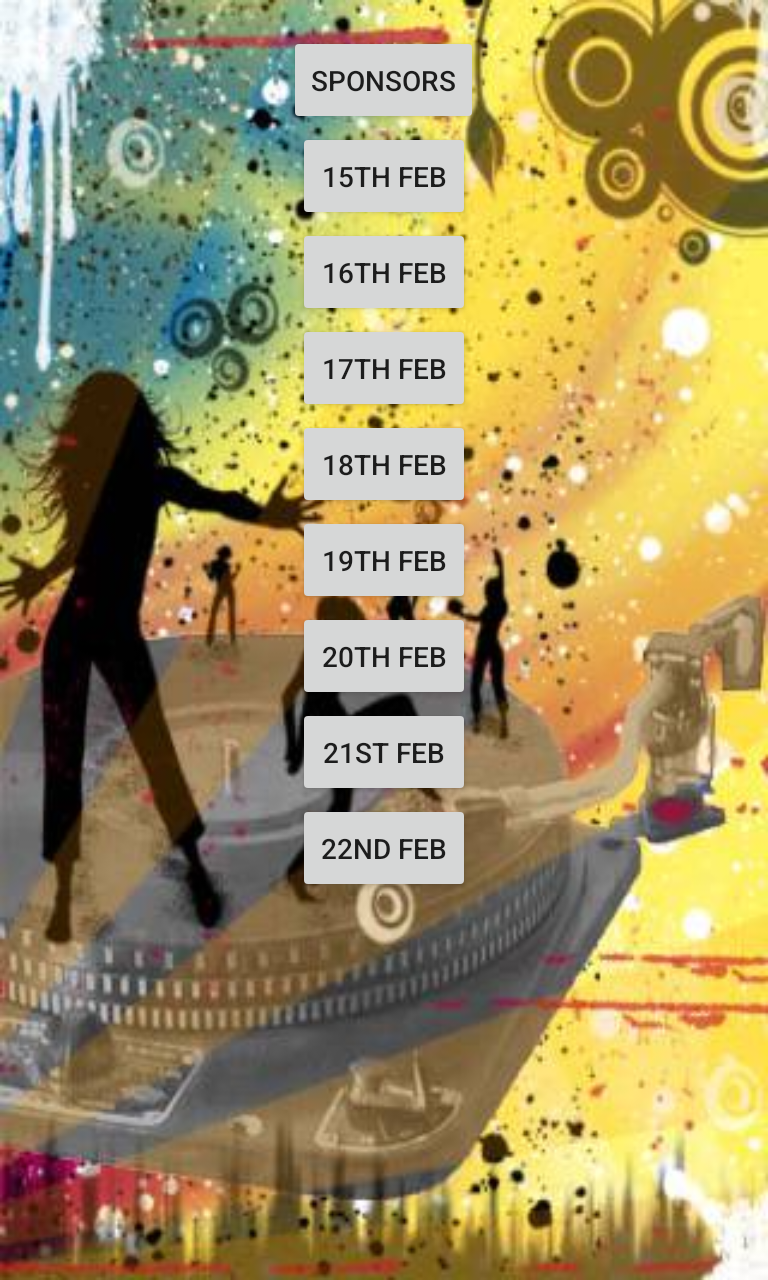
Repository: Attaphon1996/Engineering-Stuff
Layout: OSource/Android Play/Android_Projects/YASH15.0/res/layout/activity_main.xml
These files come from the project's save history. The layout is drawn as it stood at one moment and after the next save; the edit follows.
It is drawn on a 768 x 1280 px phone screen (xhdpi) without system bars, with theme AppTheme; the app's code is not run.

Above is the layout before, as saved 2015-02-19 04:53:30.

### OSource/Android Play/Android_Projects/YASH15.0/res/layout/activity_main.xml
<LinearLayout xmlns:android="http://schemas.android.com/apk/res/android"
    xmlns:tools="http://schemas.android.com/tools"
    android:layout_width="match_parent"
    android:layout_height="match_parent"
    android:paddingBottom="@dimen/activity_vertical_margin"
    android:paddingLeft="@dimen/activity_horizontal_margin"
    android:paddingRight="@dimen/activity_horizontal_margin"
    android:paddingTop="@dimen/activity_vertical_margin"
    tools:context="com.mundheyrohan.yash15.MainActivity"
    android:orientation="vertical"
    android:background="@drawable/mad"
    >

<LinearLayout
    android:layout_width="match_parent"
    android:layout_height="match_parent"
    android:orientation="vertical"

    >
    <Button
        android:id="@+id/sponsor"
        android:layout_width="wrap_content"
        android:layout_height="wrap_content"
        android:text="@string/sponsors"
        android:layout_gravity="center" />

    <Button
        android:id="@+id/day0"
        android:layout_width="wrap_content"
        android:layout_height="wrap_content"
        android:text="@string/day0"

        android:layout_gravity="center" />
    <Button
        android:id="@+id/day1"
        android:layout_width="wrap_content"
        android:layout_height="wrap_content"
        android:text="@string/day1"
        android:layout_gravity="center" />
    <Button
        android:id="@+id/day2"
        android:layout_width="wrap_content"
        android:layout_height="wrap_content"
        android:text="@string/day2"
        android:layout_gravity="center" />
    <Button
        android:id="@+id/day3"
        android:layout_width="wrap_content"
        android:layout_height="wrap_content"
        android:text="@string/day3"
        android:layout_gravity="center" />
    <Button
        android:id="@+id/day4"
        android:layout_width="wrap_content"
        android:layout_height="wrap_content"
        android:text="@string/day4"
        android:layout_gravity="center" />
    <Button
        android:id="@+id/day5"
        android:layout_width="wrap_content"
        android:layout_height="wrap_content"
        android:text="@string/day5"
        android:layout_gravity="center" />
    <Button
        android:id="@+id/day6"
        android:layout_width="wrap_content"
        android:layout_height="wrap_content"
        android:text="@string/day6"
        android:layout_gravity="center" />

    <Button
        android:id="@+id/day7"
        android:layout_width="wrap_content"
        android:layout_height="wrap_content"
        android:text="@string/day7"
        android:layout_gravity="center"/>

    </LinearLayout>

</LinearLayout>

### OSource/Android Play/Android_Projects/YASH15.0/res/values/strings.xml
<?xml version="1.0" encoding="utf-8"?>
<resources>

    <string name="app_name">YASH 15.0</string>
    <string name="hello_world">Hello world!</string>
    <string name="action_settings">Settings</string>
    <string name="day0">15th Feb</string>
    <string name="day1">16th Feb</string>
    <string name="day2">17th Feb</string>
    <string name="day3">18th Feb</string>
    <string name="day4">19th Feb</string>
    <string name="day5">20th Feb</string>
    <string name="day6">21st Feb</string>
    <string name="technical">Technical</string>
    <string name="cultural">Cultural</string>
    <string name="sports">Sports</string>
    <string name="doty">DOTY</string>
    <string name="tshirt">T-SHIRT PRINTING</string>
    <string name="internet">INTERNET QUEST</string>
    <string name="layout">LAYOUT PLANNING</string>
    <string name="chess">CHESS</string>
    <string name="carrom">CARROM</string>
    <string name="developer">Developer</string>
    <string name="designer">Designer</string>
    <string name="codeveloper">Co-Developer</string>
    <string name="dramatica">DRAMATICA</string>

    <string name="day7">22nd Feb</string>
    <string name="contentwriter">Content Writer</string>
    <string name="sponsors">Sponsors</string>


</resources>

Loaded but not shown: OSource/Android Play/Android_Projects/YASH15.0/res/values/styles.xml (common file); OSource/Android Play/Android_Projects/YASH15.0/res/values-v11/styles.xml (common file); OSource/Android Play/Android_Projects/YASH15.0/res/values-v14/styles.xml (common file); OSource/Android Play/Android_Projects/YASH15.0/res/values/dimens.xml (common file); OSource/Android Play/Android_Projects/YASH15.0/res/values-w820dp/dimens.xml (common file)

After the next save:
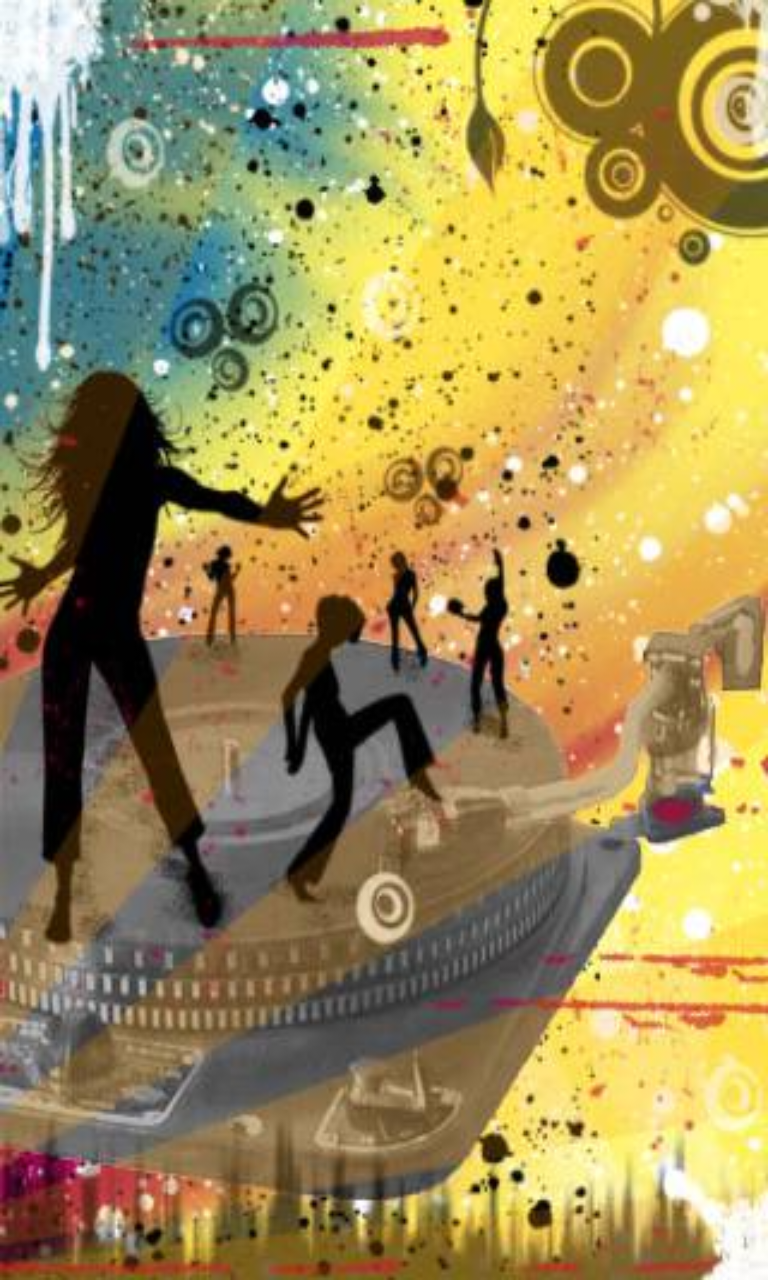
Saved 58 s later.
--- a/OSource/Android Play/Android_Projects/YASH15.0/res/layout/activity_main.xml
+++ b/OSource/Android Play/Android_Projects/YASH15.0/res/layout/activity_main.xml
@@ -10,7 +10,7 @@
     android:orientation="vertical"
     android:background="@drawable/mad"
     >
-
+<ScrollView>
 <LinearLayout
     android:layout_width="match_parent"
     android:layout_height="match_parent"
@@ -76,5 +76,6 @@
         android:layout_gravity="center"/>
 
     </LinearLayout>
+    </ScrollView>
 
 </LinearLayout>

After the save that followed:
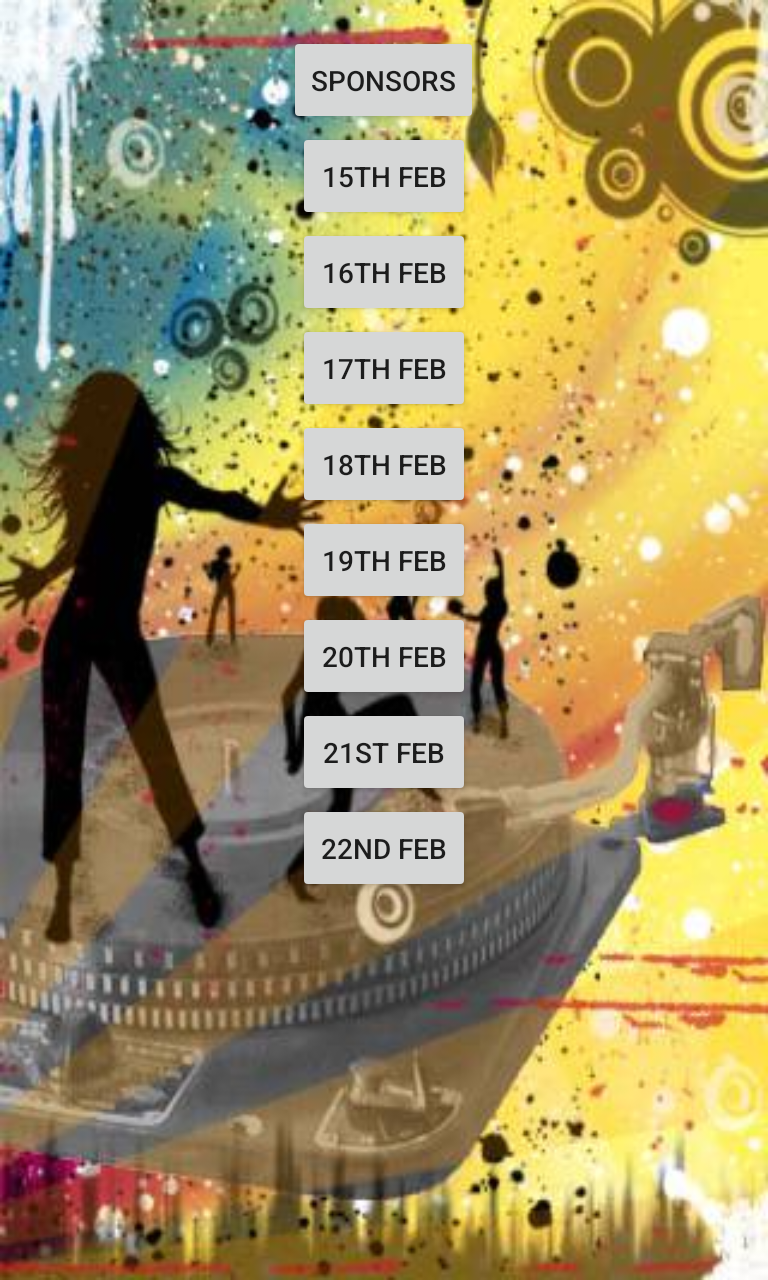
Saved 35 s later.
--- a/OSource/Android Play/Android_Projects/YASH15.0/res/layout/activity_main.xml
+++ b/OSource/Android Play/Android_Projects/YASH15.0/res/layout/activity_main.xml
@@ -10,7 +10,11 @@
     android:orientation="vertical"
     android:background="@drawable/mad"
     >
-<ScrollView>
+<ScrollView
+    android:layout_width="match_parent"
+    android:layout_height="match_parent"
+
+    >
 <LinearLayout
     android:layout_width="match_parent"
     android:layout_height="match_parent"
